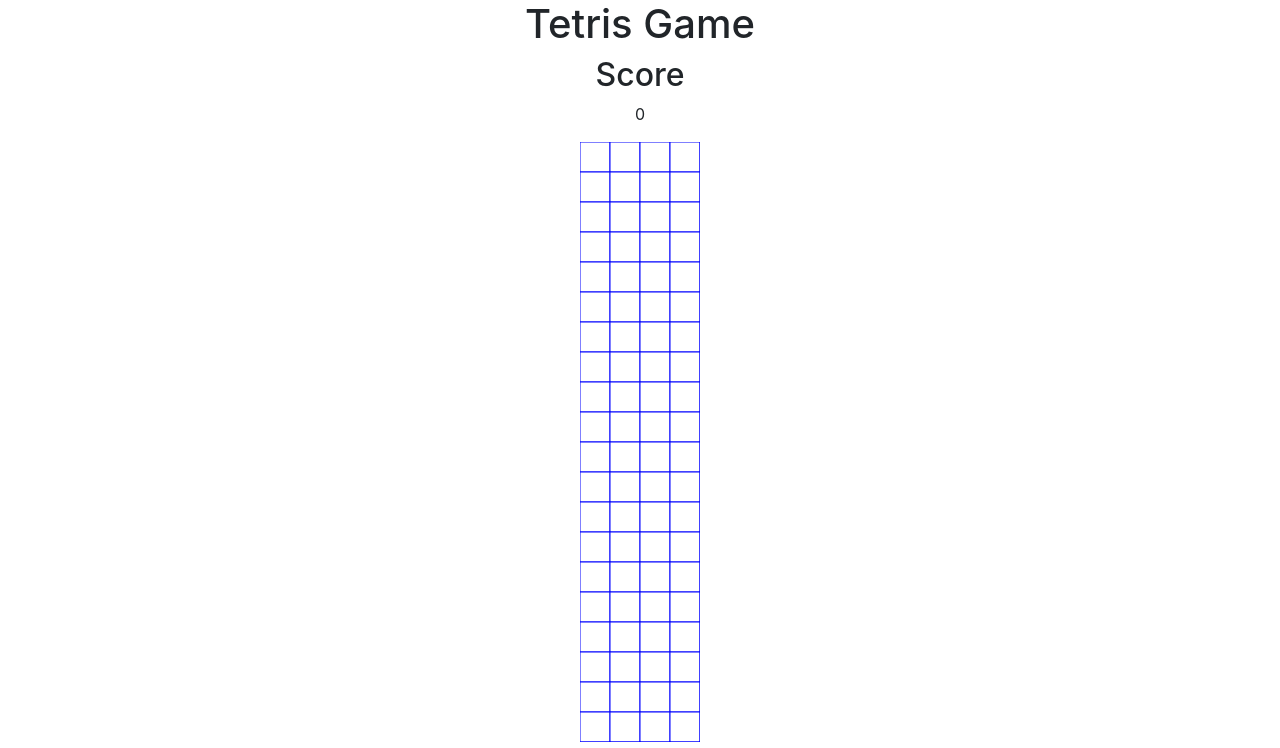
Repository: nlbien22/games
Page: Tetris/index.html
These files come from the project's save history. The page is drawn as it stood at one moment and after the next save; the edit follows.
The browser window is 1280 px wide. The pictures show the whole page.

Above is the page before, as saved 2024-11-14 21:55:52.

### Tetris/index.html
<!DOCTYPE html>
<html lang="en">
<head>
    <meta charset="UTF-8">
    <meta name="viewport" content="width=device-width, initial-scale=1.0">
    <title>Tetris</title>
    <!-- boóttap -->
    <link rel="stylesheet" href="https://stackpath.bootstrapcdn.com/bootstrap/4.5.2/css/bootstrap.min.css">
</head>
<body>
    <h1 class="text-center">Tetris Game</h1>
    <div class="score-box text-center">
        <h2>Score</h2>
        <p id="score">0</p>
    </div>
    <div class="game text-center">
        <canvas id="tetris" width="120" height="600">
        </canvas>
    </div>
    <script src="script.js"></script>
</body>
</html>

### Tetris/script.js
const canvas = document.getElementById('tetris');
const context = canvas.getContext('2d');

const ROW = 60;
const COL = 10;
const SQ = 30;
const COLOR = 'WHITE';
let board = [];

function drawSquare(x, y, color) {
    context.fillStyle = color;
    context.fillRect(x * SQ, y * SQ, SQ, SQ);
    context.strokeStyle = 'BLUE';
    context.strokeRect(x * SQ, y * SQ, SQ, SQ);
}


for (let r = 0; r < ROW; r++) {
    board[r] = [];
    for (let c = 0; c < COL; c++) {
        board[r][c] = COLOR;
    }
}

function drawBoard() {
    for (let r = 0; r < ROW; r++) {
        for (let c = 0; c < COL; c++) {
            drawSquare(c, r, board[r][c]);
            // break;
        }
    }
}

drawBoard();

After the next save:
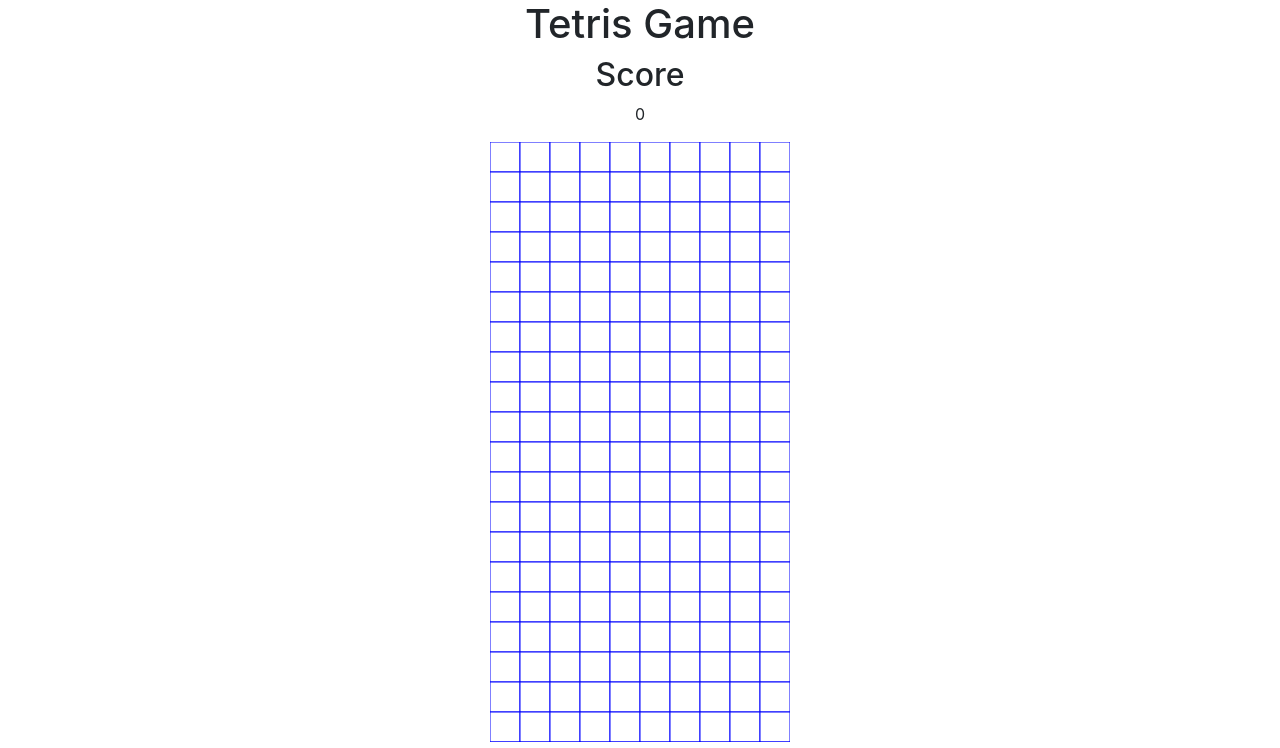
Saved 4 s later.
--- a/Tetris/index.html
+++ b/Tetris/index.html
@@ -14,7 +14,7 @@
         <p id="score">0</p>
     </div>
     <div class="game text-center">
-        <canvas id="tetris" width="120" height="600">
+        <canvas id="tetris" width="300" height="600">
         </canvas>
     </div>
     <script src="script.js"></script>
